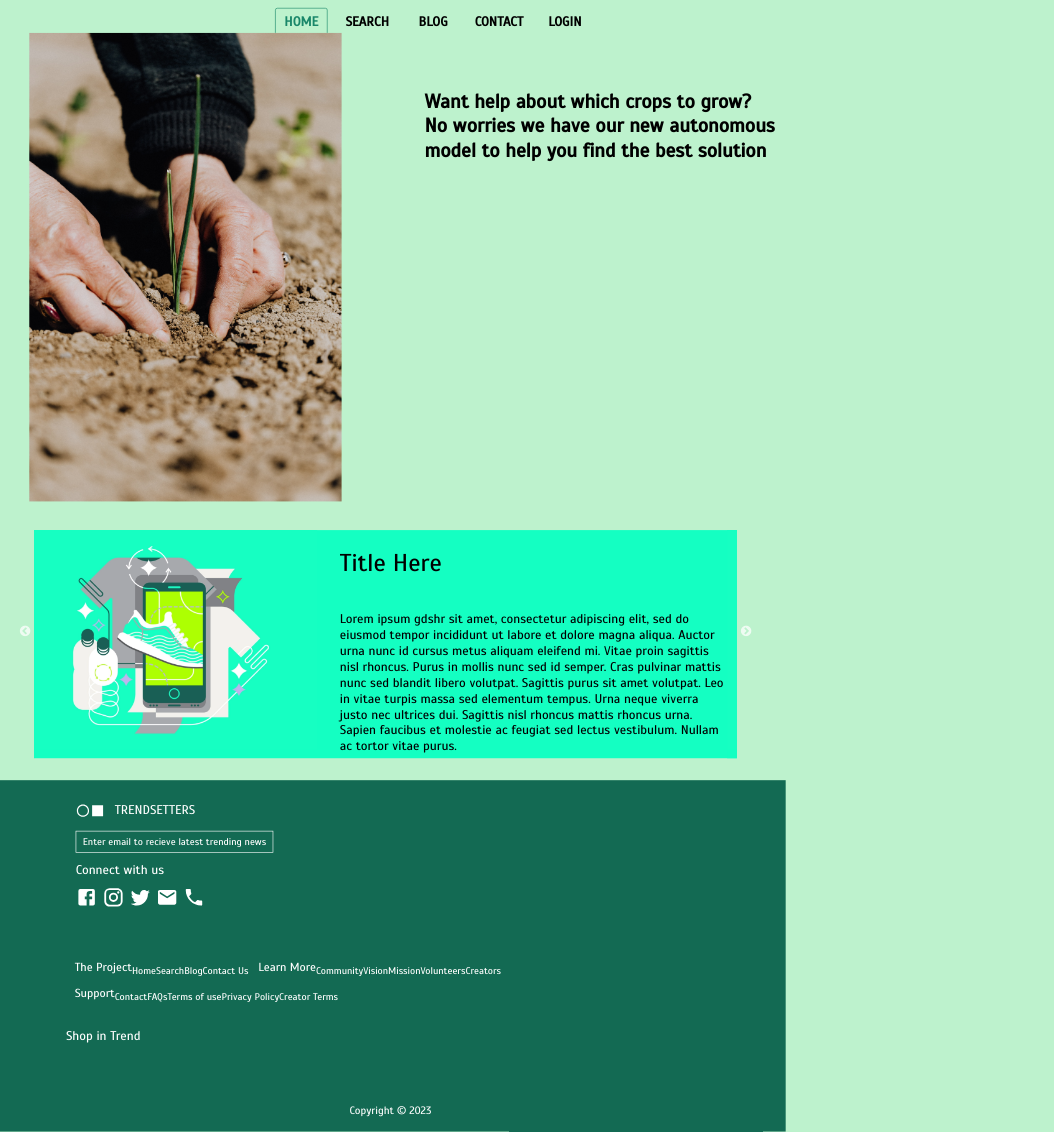
Repository: PRACHIP09/TRINIT_PICO-ZEN_DEV03
Page: /
The author's editor kept a copy of each file at every save. The page is drawn from the files as they stood at one save, then again after the next save.
The browser window is 1280 px wide. The page is 1728 px wide, so the pictures cover 1728 px, including what lies to the right of the window. The pictures show the whole page, at 61% of full size.
Pictures or frames that could not be fetched are drawn as grey boxes. Some web fonts or font styles are not loaded; a fallback is used. The project was rebuilt for these pictures with package versions that can differ from the ones it lists, and the page was loaded fresh each time. Some packages were replaced by stand-ins written for this rebuild. Also part of the build but not shown: src/App.css, src/Pages/Login.jsx, src/Pages/Signup.jsx, src/Pages/Contact.jsx, src/Components/ChatBot/Chatbot.jsx, src/Components/ChatBot/Footer.jsx, src/Components/Farmernavbar/Mobilenavbar.jsx, src/Components/Farmernavbar/NavbarF.jsx and 28 more.

Above is the page before, as saved 2023-02-11 22:51:04.

### src/index.css
@import url('https://fonts.googleapis.com/css2?family=Sacramento&family=Source+Serif+4:ital,opsz,wght@0,8..60,400;0,8..60,600;1,8..60,400;1,8..60,500;1,8..60,700&family=Tangerine:wght@700&display=swap');
body {
  margin: 0;
  font-family: -apple-system, BlinkMacSystemFont, 'Segoe UI', 'Roboto', 'Oxygen',
    'Ubuntu', 'Cantarell', 'Fira Sans', 'Droid Sans', 'Helvetica Neue',
    sans-serif;
  -webkit-font-smoothing: antialiased;
  -moz-osx-font-smoothing: grayscale;
  text-align: center;
  background-color: #BDF2CD;
}

code {
  font-family: source-code-pro, Menlo, Monaco, Consolas, 'Courier New',
    monospace;
}

.top-marg{
  margin-top: 18rem;
}
.top-marg-signup{
  margin-top: 15rem;
}
.hide-feature{
  display: none;
}
@media screen and (max-width: 900px) {
  .top-marg, .top-marg-signup{
    margin-top: 4rem;
  }
}

### src/Pages/HomePage.jsx
import React from 'react'
import { Grid } from '@mui/material'
import "slick-carousel/slick/slick.css";
import "slick-carousel/slick/slick-theme.css";
import Slider from "react-slick";
import wallpaper1 from "../Images/wallpaper1.webp"
import wallpaper2 from "../Images/wallpaper2.webp"
import wallpaper3 from "../Images/wallpaper3.webp"
import wallpaper4 from "../Images/wallpaper4.webp"
import image from "../Images/main_homepage.jpg"
import { Link } from 'react-router-dom';
const HomePage = () => {
  const settings = {
    infinite: true,
    speed: 5000,
    slidesToShow: 1,
    slidesToScroll: 1,
    autoplay: true,
    autoplaySpeed: 10000,
  };
  const wallp = [wallpaper1, wallpaper2, wallpaper3, wallpaper4];
  return (
    <div>
      <Grid container spacing={2}>
      <Grid container spacing={2}>
        <Grid item xs={12}>
          <Grid container spacing={2}>
            <Grid item xs={6}>
              <img src={image} style={{ width: "80%" }} />
            </Grid>
            <Grid item xs={6}>
              <Grid container spacing={2}>
                <Grid item xs={12} style={{ fontSize: "2rem", fontWeight: "700", textAlign: "left", paddingLeft: "10vh", paddingTop: "15vh" }}>
                  Want help about which crops to grow? <br />No worries we have our new autonomous model to help you find the best solution
                </Grid>
                <Grid item xs={12} style={{ textAlign: "left", paddingLeft: "10vh" }}>
                              {/* <Button style={{ fontSize: "1.1rem", backgroundColor: "green", padding: "1vh 5vh", color: "white" }} >Connect with Farmers</Button> */}
                </Grid>
              </Grid>
            </Grid>
          </Grid>
        </Grid>
</Grid>



        <Grid item xs={12} style={{padding:"0vh 10vh"}}>
          {/*phoo*/}
          <Slider {...settings}>
            {wallp.map(item => {
              return (
                <div>
                  <Grid container spacing={2}>
                    {/*hero*/}

                    <Grid item xs={12} style={{
                      marginTop: "8vh", backgroundColor: "#14FFC2"}}>
                      <Grid container spacing={2}>
                        <Grid item xs={12} sm={12} md={5} style={{backgroundImage: `url(${item})`,
                      backgroundSize: 'contain', backgroundRepeat: "no-repeat" , height:"50vh", textAlign:"center"}}></Grid>
                        <Grid item xs={12} sm={12} md={7} style={{overflow:"hidden"}}>
                          <div style={{ fontSize: "2.5rem", textAlign: "left", marginTop: "2%", padding: "0vh 2vh" }}>
                            Title Here</div>
                          <div style={{ fontSize: "1.3rem", textAlign: "left", marginTop: "7%", padding: "1vh 2vh" }}>
                            Lorem ipsum gdshr sit amet, consectetur adipiscing elit, sed do eiusmod tempor incididunt ut labore et dolore magna aliqua. Auctor urna nunc id cursus metus aliquam eleifend mi.
                            Vitae proin sagittis nisl rhoncus. Purus in mollis nunc sed id semper. Cras pulvinar mattis nunc sed blandit libero volutpat.
                            Sagittis purus sit amet volutpat. Leo in vitae turpis massa sed elementum tempus. Urna neque viverra justo nec ultrices dui.
                            Sagittis nisl rhoncus mattis rhoncus urna. Sapien faucibus et molestie ac feugiat sed lectus vestibulum. Nullam ac tortor vitae purus.
                          </div>
                        </Grid>
                      </Grid>
                    </Grid>
                  </Grid>
                </div>
              )
            })}
          </Slider>
        </Grid>
      </Grid>

    </div>
  )
}

export default HomePage

### src/Components/ChatBot/Navbar.jsx
import React, { useState } from 'react'
import './Navbar.css';
import { Grid, Drawer } from '@mui/material';
import { NavLink } from 'react-router-dom';
import SmartToyIcon from '@mui/icons-material/SmartToy';
import Modal from "react-modal";
import SimpleForm from './Chatbot';
import ArrowForwardIosIcon from '@mui/icons-material/ArrowForwardIos';
import ArrowBackIosIcon from '@mui/icons-material/ArrowBackIos';
import Mobilenavbar from './Mobilenavbar';

const Navbar = () => {

  const [ModalOpen, setModalOpen] = useState(false);
  const [open, setOpen] = React.useState(false);
  const handleDrawerOpen = () => {
    setOpen(true);
  };
  const handleDrawerClose = () => {
    setOpen(false);
  };
  return (
    <div>
      <Grid container spacing={2} sx={{ padding: "3vh 0vh", textAlign: "center" }}>
        <Grid item xs={12} className="webnavbar">
          <Grid container spacing={2}
            sx={{ fontSize: "1.35rem", textDecoration: "none", textAlign: "center", marginLeft:"60vh"}}>
            <Grid item xs={1}>
              <NavLink exact activeClassName="active" to='/' className="indicator">HOME</NavLink>
            </Grid>
            <Grid item xs={1}>
              <NavLink activeClassName="active" to='/search' className="indicator">SEARCH</NavLink>
            </Grid>
            <Grid item xs={1}>
              <NavLink activeClassName="active" to='/blog' className="indicator">BLOG</NavLink>
            </Grid>
            <Grid item xs={1}>
              <NavLink activeClassName="active" to='/contactus' className="indicator">CONTACT</NavLink>
            </Grid>
            <Grid item xs={1}>
              <NavLink activeClassName="active" to='/login' className="indicator">LOGIN</NavLink>
            </Grid>
          </Grid>
        </Grid>
        <Grid item xs={8}
          style={{ textAlign: "right" }}
          className="mobilenavbar">
          <ArrowBackIosIcon style={{ width: "2rem", height: "2rem", cursor: "pointer" }}
            onClick={handleDrawerOpen} />
        </Grid>
      </Grid>
      <Drawer
        sx={{
          width: 500,
          flexShrink: 0,
          '& .MuiDrawer-paper': {
            width: 350,
            paddingRight: "2rem",
            boxShadow: "none",
            border: "none",
            boxSizing: 'border-box',
            backgroundColor: "#BDF2CD"
          },

        }}
        variant="persistent"
        anchor="right"
        open={open}
      >
        <ArrowForwardIosIcon onClick={handleDrawerClose}
          style={{ height: "2rem", width: "2rem", cursor: "pointer", marginLeft: "90%", marginTop: "2.5vh" }} />
        <Mobilenavbar />
      </Drawer>
    </div>
  )
}

export default Navbar

### src/Components/ChatBot/Navbar.css
@import url('https://fonts.googleapis.com/css2?family=Barrio&family=Cinzel+Decorative&family=La+Belle+Aurore&family=Lavishly+Yours&family=Libre+Barcode+128+Text&family=Libre+Barcode+39&family=Libre+Barcode+39+Text&family=Marck+Script&family=Monoton&family=Ms+Madi&family=Oranienbaum&family=Scada&family=Zilla+Slab+Highlight&display=swap');

body {
  font-family: 'Scada', sans-serif;
}

.active {
  text-decoration: none;
  color: #198769 !important;
  padding:1vh 2vh;
  border: 1px solid #198769;
  border-radius: 0.5vh;
}

.indicator {
  text-decoration: none;
  color: black;
  font-weight: 600;
}

.mobilehead {
  font-family: 'Ms Madi', cursive;
  font-weight: 600;

}

.fashionhead {
  font-family: 'Libre Barcode 128 Text', cursive;
}

.elchead {
  font-family: 'Cinzel Decorative', cursive;
}

.btn {
  font-family: 'Scada', sans-serif;
}

.btnstyle {
  font-family: 'La Belle Aurore', cursive;
}

.cards :hover {
  background-color: #7e3535;
  border: 3px solid #f8f8f8;
}

button {
  cursor: pointer;
  font: inherit;
  margin: 0;
  padding: 0;
}

.button {
  background-color: #404663;
  color: #fff;
  border: 0;
  font-size: 2rem;
  font-weight: 400;
  padding: 0.5em 1.25em;
  border-radius: 0.5em;
  z-index: 999;
  position: relative;
  display: flex;
  gap: 0.5em;
  box-shadow:
    0px 1.7px 2.2px rgba(0, 0, 0, 0.02),
    0px 4px 5.3px rgba(0, 0, 0, 0.028),
    0px 7.5px 10px rgba(0, 0, 0, 0.035),
    0px 13.4px 17.9px rgba(0, 0, 0, 0.042),
    0px 25.1px 33.4px rgba(0, 0, 0, 0.05),
    0px 60px 80px rgba(0, 0, 0, 0.07);
}

.button:active {
  transform: scale(1.01);
}

.navbarfix {
  top: 0;
  background-color: #7e3535;
  position: -webkit-sticky;
  position: sticky;
  display: block;

}

.fashioninner {
  text-decoration: none;
  color: "black";
  font-family: 'Libre Barcode 128 Text', cursive;
  font-size: 4rem;
}

.mobileinner {
  text-decoration: none;
  color: "black";
  font-family: 'Ms Madi', cursive;
  font-weight: 600;
  font-size: 3.2rem;

}

.travelinner {
  text-decoration: none;
  color: "black";
  font-family: 'Ms Madi', cursive;
  font-weight: 600;
  font-size: 3.2rem;
}

.electronicsinner {
  text-decoration: none;
  color: "black";
  font-family: 'Cinzel Decorative', cursive;
  font-size: 1.8rem;
  margin-top: 5vh;
  font-weight: 600;
}

.electricalinner {
  text-decoration: none;
  color: "black";
  font-family: 'Cinzel Decorative', cursive;
  font-size: 1.8rem;
  font-weight: 600;
}

.homeinner {
  text-decoration: none;
  color: "black";
  font-family: 'La Belle Aurore', cursive;
  font-weight: 600;
  font-size: 2.2rem;
}

.groceryinner {
  text-decoration: none;
  color: "black";
  font-size: 2.5rem;
  font-weight: 600;
  letter-spacing: 2px;
}



@media screen and (min-width: 900px) {
  .mobilenavbar {
    display: none;
  }
}

@media screen and (max-width: 900px) {
  .webnavbar {
    display: none;
  }
}

### src/Components/ChatBot/Mobilenavbar.jsx
import React, { useState } from 'react'
import './Navbar.css';
import { Grid } from '@mui/material';
import { NavLink } from 'react-router-dom';
const Mobilenavbar = () => {
    return (
        <div>
            <Grid container spacing={2}
                sx={{ fontSize: "1.35rem", textDecoration: "none" }}>
                <Grid item xs={12}>
                    <NavLink exact activeClassName="active" to='/' className="indicator">HOME</NavLink>
                </Grid>
                <Grid item xs={12}>
                    <NavLink activeClassName="active" to='/trends' className="indicator">TRENDS</NavLink>
                </Grid>
                <Grid item xs={12}>
                    <NavLink activeClassName="active" to='/blog' className="indicator">BLOG</NavLink>
                </Grid>
                <Grid item xs={12}>
                    <NavLink activeClassName="active" to='/contactus' className="indicator">CONTACT US</NavLink>
                </Grid>
                <Grid item xs={2}>
              <NavLink activeClassName="active" to='/login' className="indicator">LOGIN/SIGNUP</NavLink>
            </Grid>
            </Grid>
        </div>
    )
}

export default Mobilenavbar

### src/Components/Farmernavbar/Navbar.css
@import url('https://fonts.googleapis.com/css2?family=Barrio&family=Cinzel+Decorative&family=La+Belle+Aurore&family=Lavishly+Yours&family=Libre+Barcode+128+Text&family=Libre+Barcode+39&family=Libre+Barcode+39+Text&family=Marck+Script&family=Monoton&family=Ms+Madi&family=Oranienbaum&family=Scada&family=Zilla+Slab+Highlight&display=swap');
body{
    font-family: 'Scada', sans-serif;
}
.active{
    text-decoration: none;
    color:#198769 !important;

}
.indicator
{
    text-decoration: none;
    color: black;
    font-weight: 600;
}
.mobilehead
{
    font-family: 'Ms Madi', cursive;
    font-weight: 600;

}
.fashionhead
{
    font-family: 'Libre Barcode 128 Text', cursive;
}
.elchead{
    font-family: 'Cinzel Decorative', cursive;
}
.btn
{
    font-family: 'Scada', sans-serif;
}
.btnstyle
{
    font-family: 'La Belle Aurore', cursive;
}
.cards :hover
{
    background-color: #7e3535;
    border:3px solid #f8f8f8;
}

button {
    cursor: pointer;
    font: inherit;
    margin: 0;
    padding: 0;
  }

  .button {
    background-color: #404663;
    color: #fff;
    border: 0;
    font-size: 2rem;
    font-weight: 400;
    padding: 0.5em 1.25em;
    border-radius: 0.5em;
    z-index: 999;
    position: relative;
    display: flex;
    gap: 0.5em;
    box-shadow:
      0px 1.7px 2.2px rgba(0, 0, 0, 0.02),
      0px 4px 5.3px rgba(0, 0, 0, 0.028),
      0px 7.5px 10px rgba(0, 0, 0, 0.035),
      0px 13.4px 17.9px rgba(0, 0, 0, 0.042),
      0px 25.1px 33.4px rgba(0, 0, 0, 0.05),
      0px 60px 80px rgba(0, 0, 0, 0.07);
  }

  .button:active {
    transform: scale(1.01);
  }
  .navbarfix{
    top:0;
    background-color: #7e3535;
    position: -webkit-sticky;
    position: sticky;
    display: block;

  }
  .fashioninner{
    text-decoration: none;
    color:"black";
    font-family: 'Libre Barcode 128 Text', cursive;
    font-size: 4rem;
  }
  .mobileinner{
    text-decoration: none;
    color:"black";
    font-family: 'Ms Madi', cursive;
    font-weight: 600;
    font-size: 3.2rem;

  }
  .travelinner{
    text-decoration: none;
    color:"black";
    font-family: 'Ms Madi', cursive;
    font-weight: 600;
    font-size: 3.2rem;
  }
  .electronicsinner{
    text-decoration: none;
    color:"black";
    font-family: 'Cinzel Decorative', cursive;
    font-size: 1.8rem;
    margin-top:5vh;
    font-weight: 600;
  }
  .electricalinner{
    text-decoration: none;
    color:"black";
    font-family: 'Cinzel Decorative', cursive;
    font-size: 1.8rem;
    font-weight: 600;
  }
  .homeinner{
    text-decoration: none;
    color:"black";
    font-family: 'La Belle Aurore', cursive;
    font-weight: 600;
    font-size: 2.2rem;
  }
  .groceryinner{
    text-decoration: none;
    color:"black";
    font-size: 2.5rem;
    font-weight: 600;
    letter-spacing: 2px;
  }



@media screen and (min-width: 900px) {
  .mobilenavbar{
      display:none;
  }
}
@media screen and (max-width: 900px) {
  .webnavbar{
      display:none;
  }
}

### src/Components/Enthusiastsnavbar/Navbar.css
@import url('https://fonts.googleapis.com/css2?family=Barrio&family=Cinzel+Decorative&family=La+Belle+Aurore&family=Lavishly+Yours&family=Libre+Barcode+128+Text&family=Libre+Barcode+39&family=Libre+Barcode+39+Text&family=Marck+Script&family=Monoton&family=Ms+Madi&family=Oranienbaum&family=Scada&family=Zilla+Slab+Highlight&display=swap');
body{
    font-family: 'Scada', sans-serif;
}
.active{
    text-decoration: none;
    color:#198769 !important;

}
.indicator
{
    text-decoration: none;
    color: black;
    font-weight: 600;
}
.mobilehead
{
    font-family: 'Ms Madi', cursive;
    font-weight: 600;

}
.fashionhead
{
    font-family: 'Libre Barcode 128 Text', cursive;
}
.elchead{
    font-family: 'Cinzel Decorative', cursive;
}
.btn
{
    font-family: 'Scada', sans-serif;
}
.btnstyle
{
    font-family: 'La Belle Aurore', cursive;
}
.cards :hover
{
    background-color: #7e3535;
    border:3px solid #f8f8f8;
}

button {
    cursor: pointer;
    font: inherit;
    margin: 0;
    padding: 0;
  }

  .button {
    background-color: #404663;
    color: #fff;
    border: 0;
    font-size: 2rem;
    font-weight: 400;
    padding: 0.5em 1.25em;
    border-radius: 0.5em;
    z-index: 999;
    position: relative;
    display: flex;
    gap: 0.5em;
    box-shadow:
      0px 1.7px 2.2px rgba(0, 0, 0, 0.02),
      0px 4px 5.3px rgba(0, 0, 0, 0.028),
      0px 7.5px 10px rgba(0, 0, 0, 0.035),
      0px 13.4px 17.9px rgba(0, 0, 0, 0.042),
      0px 25.1px 33.4px rgba(0, 0, 0, 0.05),
      0px 60px 80px rgba(0, 0, 0, 0.07);
  }

  .button:active {
    transform: scale(1.01);
  }
  .navbarfix{
    top:0;
    background-color: #7e3535;
    position: -webkit-sticky;
    position: sticky;
    display: block;

  }
  .fashioninner{
    text-decoration: none;
    color:"black";
    font-family: 'Libre Barcode 128 Text', cursive;
    font-size: 4rem;
  }
  .mobileinner{
    text-decoration: none;
    color:"black";
    font-family: 'Ms Madi', cursive;
    font-weight: 600;
    font-size: 3.2rem;

  }
  .travelinner{
    text-decoration: none;
    color:"black";
    font-family: 'Ms Madi', cursive;
    font-weight: 600;
    font-size: 3.2rem;
  }
  .electronicsinner{
    text-decoration: none;
    color:"black";
    font-family: 'Cinzel Decorative', cursive;
    font-size: 1.8rem;
    margin-top:5vh;
    font-weight: 600;
  }
  .electricalinner{
    text-decoration: none;
    color:"black";
    font-family: 'Cinzel Decorative', cursive;
    font-size: 1.8rem;
    font-weight: 600;
  }
  .homeinner{
    text-decoration: none;
    color:"black";
    font-family: 'La Belle Aurore', cursive;
    font-weight: 600;
    font-size: 2.2rem;
  }
  .groceryinner{
    text-decoration: none;
    color:"black";
    font-size: 2.5rem;
    font-weight: 600;
    letter-spacing: 2px;
  }



@media screen and (min-width: 900px) {
  .mobilenavbar{
      display:none;
  }
}
@media screen and (max-width: 900px) {
  .webnavbar{
      display:none;
  }
}

### src/Components/Government.jsx/Navbar.css
@import url('https://fonts.googleapis.com/css2?family=Barrio&family=Cinzel+Decorative&family=La+Belle+Aurore&family=Lavishly+Yours&family=Libre+Barcode+128+Text&family=Libre+Barcode+39&family=Libre+Barcode+39+Text&family=Marck+Script&family=Monoton&family=Ms+Madi&family=Oranienbaum&family=Scada&family=Zilla+Slab+Highlight&display=swap');
body{
    font-family: 'Scada', sans-serif;
}
.active{
    text-decoration: none;
    color:#198769 !important;

}
.indicator
{
    text-decoration: none;
    color: black;
    font-weight: 600;
}
.mobilehead
{
    font-family: 'Ms Madi', cursive;
    font-weight: 600;

}
.fashionhead
{
    font-family: 'Libre Barcode 128 Text', cursive;
}
.elchead{
    font-family: 'Cinzel Decorative', cursive;
}
.btn
{
    font-family: 'Scada', sans-serif;
}
.btnstyle
{
    font-family: 'La Belle Aurore', cursive;
}
.cards :hover
{
    background-color: #7e3535;
    border:3px solid #f8f8f8;
}

button {
    cursor: pointer;
    font: inherit;
    margin: 0;
    padding: 0;
  }

  .button {
    background-color: #404663;
    color: #fff;
    border: 0;
    font-size: 2rem;
    font-weight: 400;
    padding: 0.5em 1.25em;
    border-radius: 0.5em;
    z-index: 999;
    position: relative;
    display: flex;
    gap: 0.5em;
    box-shadow:
      0px 1.7px 2.2px rgba(0, 0, 0, 0.02),
      0px 4px 5.3px rgba(0, 0, 0, 0.028),
      0px 7.5px 10px rgba(0, 0, 0, 0.035),
      0px 13.4px 17.9px rgba(0, 0, 0, 0.042),
      0px 25.1px 33.4px rgba(0, 0, 0, 0.05),
      0px 60px 80px rgba(0, 0, 0, 0.07);
  }

  .button:active {
    transform: scale(1.01);
  }
  .navbarfix{
    top:0;
    background-color: #7e3535;
    position: -webkit-sticky;
    position: sticky;
    display: block;

  }
  .fashioninner{
    text-decoration: none;
    color:"black";
    font-family: 'Libre Barcode 128 Text', cursive;
    font-size: 4rem;
  }
  .mobileinner{
    text-decoration: none;
    color:"black";
    font-family: 'Ms Madi', cursive;
    font-weight: 600;
    font-size: 3.2rem;

  }
  .travelinner{
    text-decoration: none;
    color:"black";
    font-family: 'Ms Madi', cursive;
    font-weight: 600;
    font-size: 3.2rem;
  }
  .electronicsinner{
    text-decoration: none;
    color:"black";
    font-family: 'Cinzel Decorative', cursive;
    font-size: 1.8rem;
    margin-top:5vh;
    font-weight: 600;
  }
  .electricalinner{
    text-decoration: none;
    color:"black";
    font-family: 'Cinzel Decorative', cursive;
    font-size: 1.8rem;
    font-weight: 600;
  }
  .homeinner{
    text-decoration: none;
    color:"black";
    font-family: 'La Belle Aurore', cursive;
    font-weight: 600;
    font-size: 2.2rem;
  }
  .groceryinner{
    text-decoration: none;
    color:"black";
    font-size: 2.5rem;
    font-weight: 600;
    letter-spacing: 2px;
  }



@media screen and (min-width: 900px) {
  .mobilenavbar{
      display:none;
  }
}
@media screen and (max-width: 900px) {
  .webnavbar{
      display:none;
  }
}

Loaded but not shown: public/index.html (common file); src/reportWebVitals.js (common file); src/App.js (64 lines, source omitted); src/index.js (17 lines, source omitted); src/Components/Farmernavbar/StickyFooter.jsx (178 lines, source omitted)

After the next save:
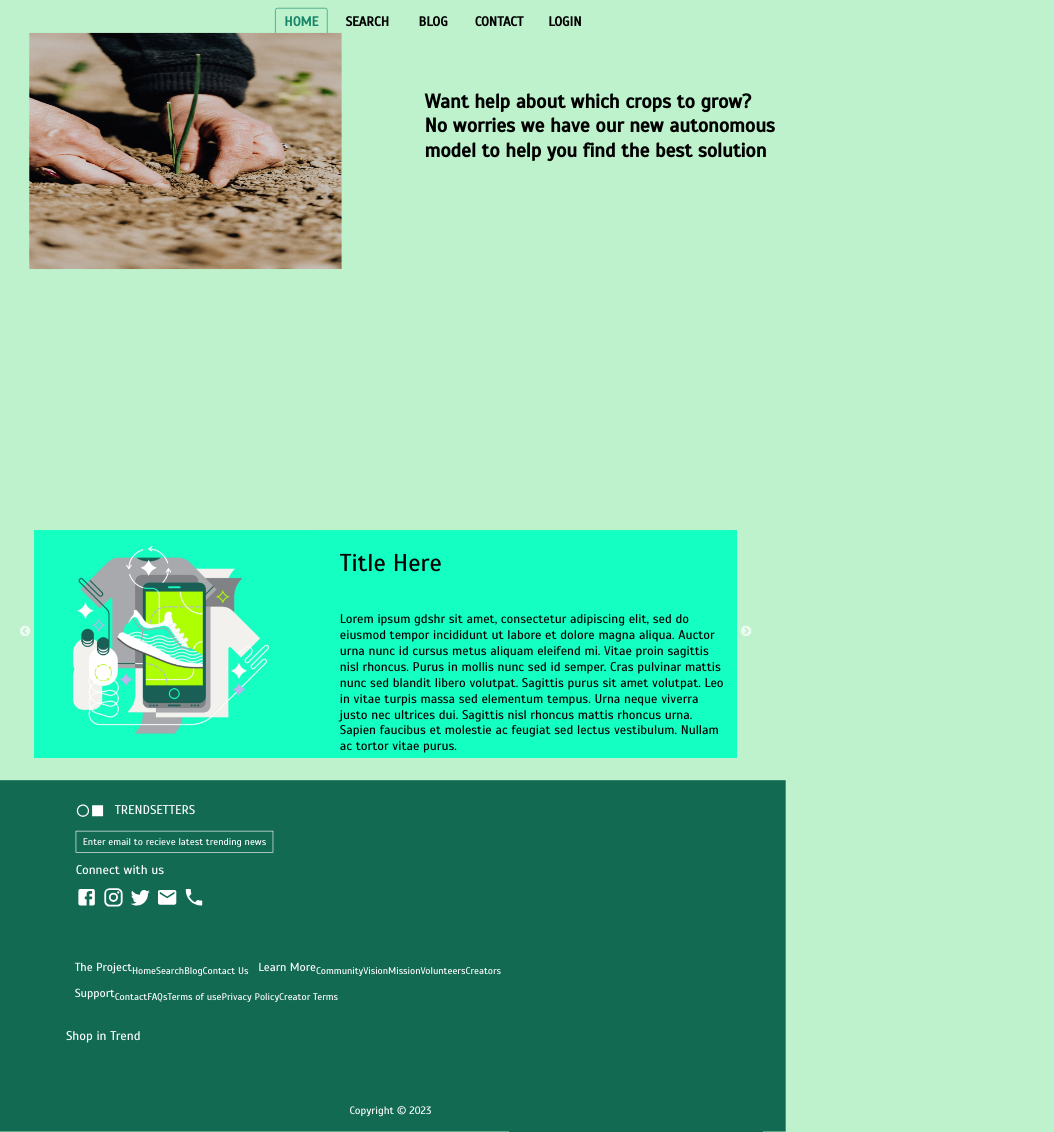
Saved 30 s later.
--- a/src/Pages/HomePage.jsx
+++ b/src/Pages/HomePage.jsx
@@ -26,7 +26,7 @@ const HomePage = () => {
         <Grid item xs={12}>
           <Grid container spacing={2}>
             <Grid item xs={6}>
-              <img src={image} style={{ width: "80%" }} />
+              <img src={image} style={{ height:"50%",width: "80%" }} />
             </Grid>
             <Grid item xs={6}>
               <Grid container spacing={2}>
